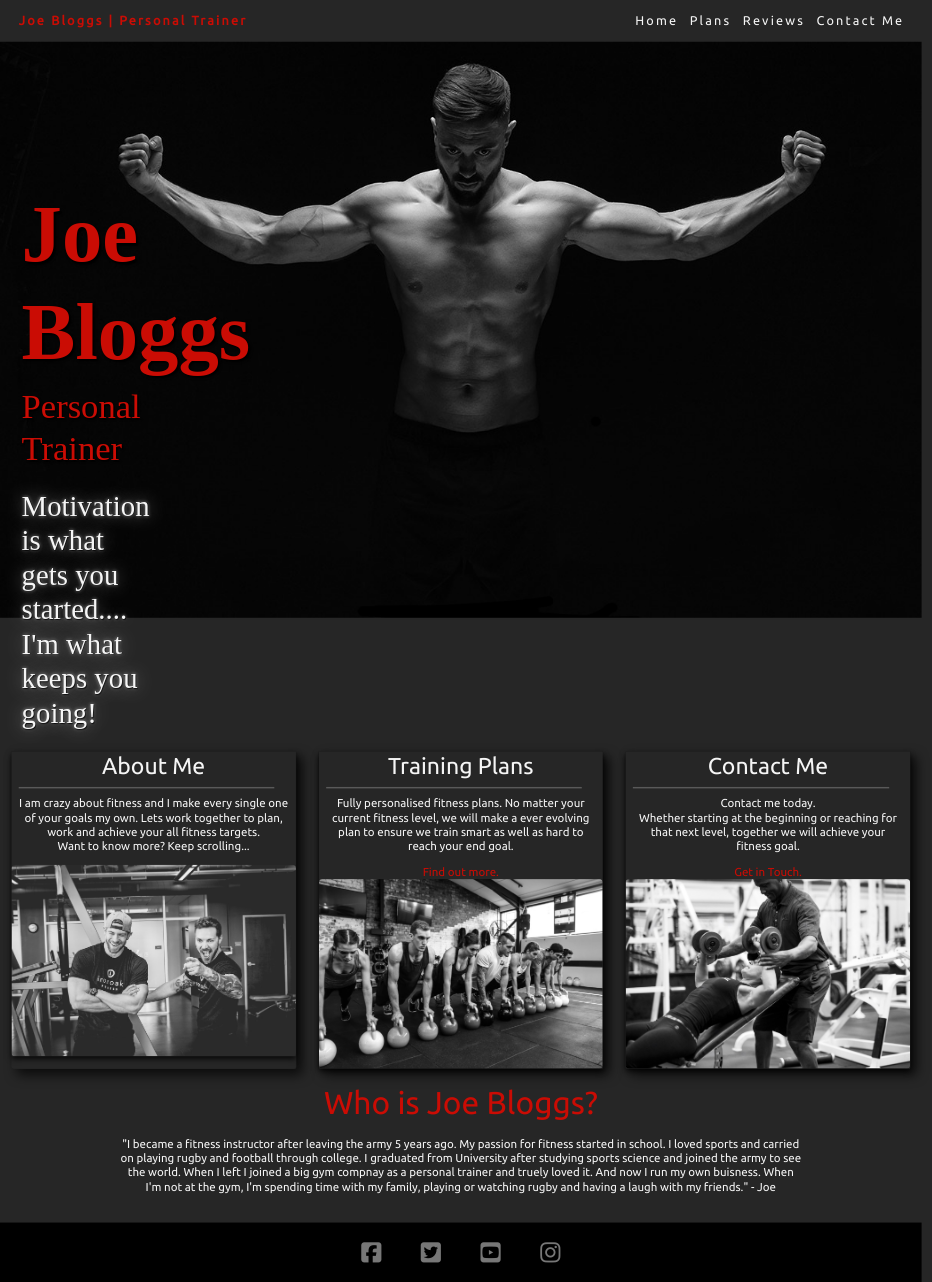
Repository: ClaireRoberts1403/Joe-Bloggs-Personal-Trainer
Page: index.html
The author's editor kept a record of every edit. The page is drawn from the files as they stood at one moment, then again after the next edit.
The browser window is 1280 px wide. The page is 1295 px wide, so the pictures cover 1295 px, including what lies to the right of the window. The pictures show the whole page, at 72% of full size.
Some web fonts or font styles are not loaded; a fallback is used. Some web libraries are served in a nearby version.

Above is the page before.
Console error: TypeError: Cannot read properties of undefined (reading 'fn')

After the next edit:
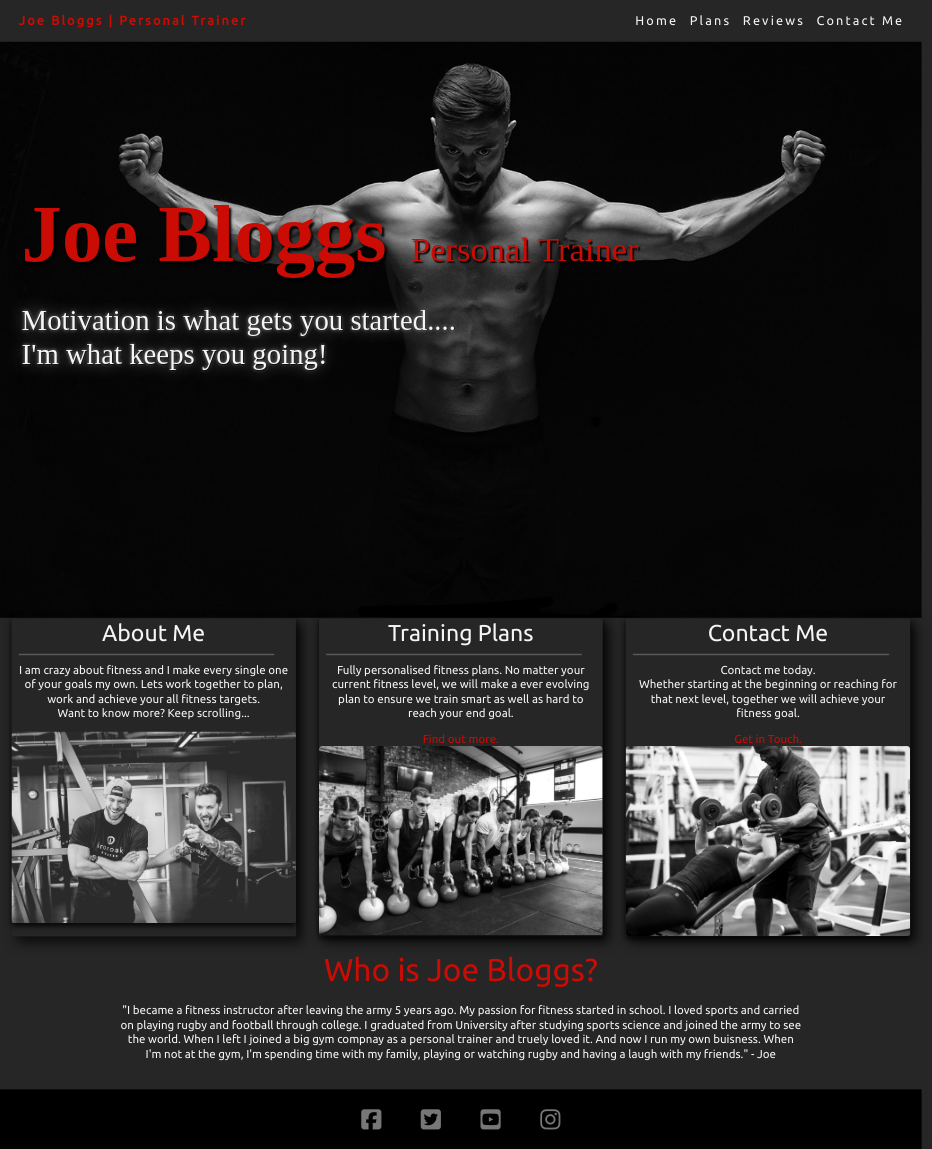
The edit:
--- a/index.html
+++ b/index.html
@@ -43,15 +43,15 @@
 
 	<div class="container-fluid hero-image">
 		<div class="row">
-			<div class="col-1">
-			<h1 class="hero-name">
-				Joe Bloggs </h1>
-			<h1 class="hero-title">
-				Personal Trainer</h1>
-			<h2 class="hero-quote">
-				Motivation is what gets you started....<br> I'm what keeps you going!
-			</h2>
-
+			<div class="col-12">
+				<h1 class="hero-name">
+					Joe Bloggs </h1>
+				<h1 class="hero-title">
+					Personal Trainer</h1>
+				<h2 class="hero-quote">
+					Motivation is what gets you started....<br> I'm what keeps you going!
+				</h2>
+			</div>
 		</div>
 	</div>
 
